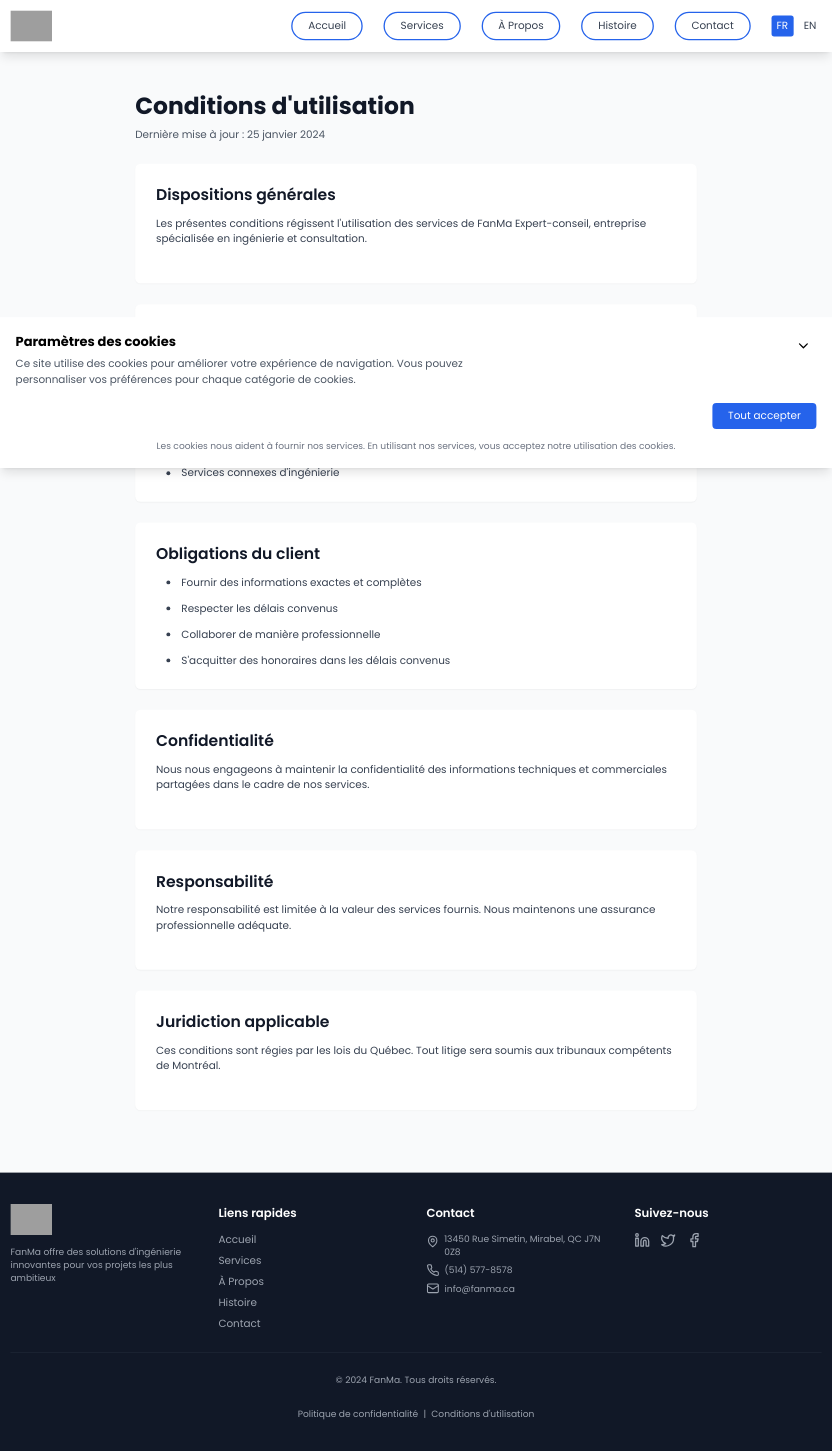
Repository: yannick930424/fanma-website
Page: /legal/terms
These files come from the project's save history. The page is drawn as it stood at one moment and after the next save; the edit follows.
The browser window is 1280 px wide. The pictures show the whole page, at 65% of full size.
Pictures or frames that could not be fetched are drawn as grey boxes. The page's requests for data from a server got no answer. The project was rebuilt for these pictures with package versions that can differ from the ones it lists, and the page was loaded fresh each time. No one was signed in, and anything a server would have sent is missing. Also part of the build but not shown: vite.config.ts, src/pages/services/CFD1Analysis.tsx, src/pages/services/CFD2Analysis.tsx, src/pages/legal/PrivacyPolicy.tsx, src/components/common/LoadingSpinner.tsx.

Above is the page before, as saved 2025-01-25 11:26:37.

After the next save:
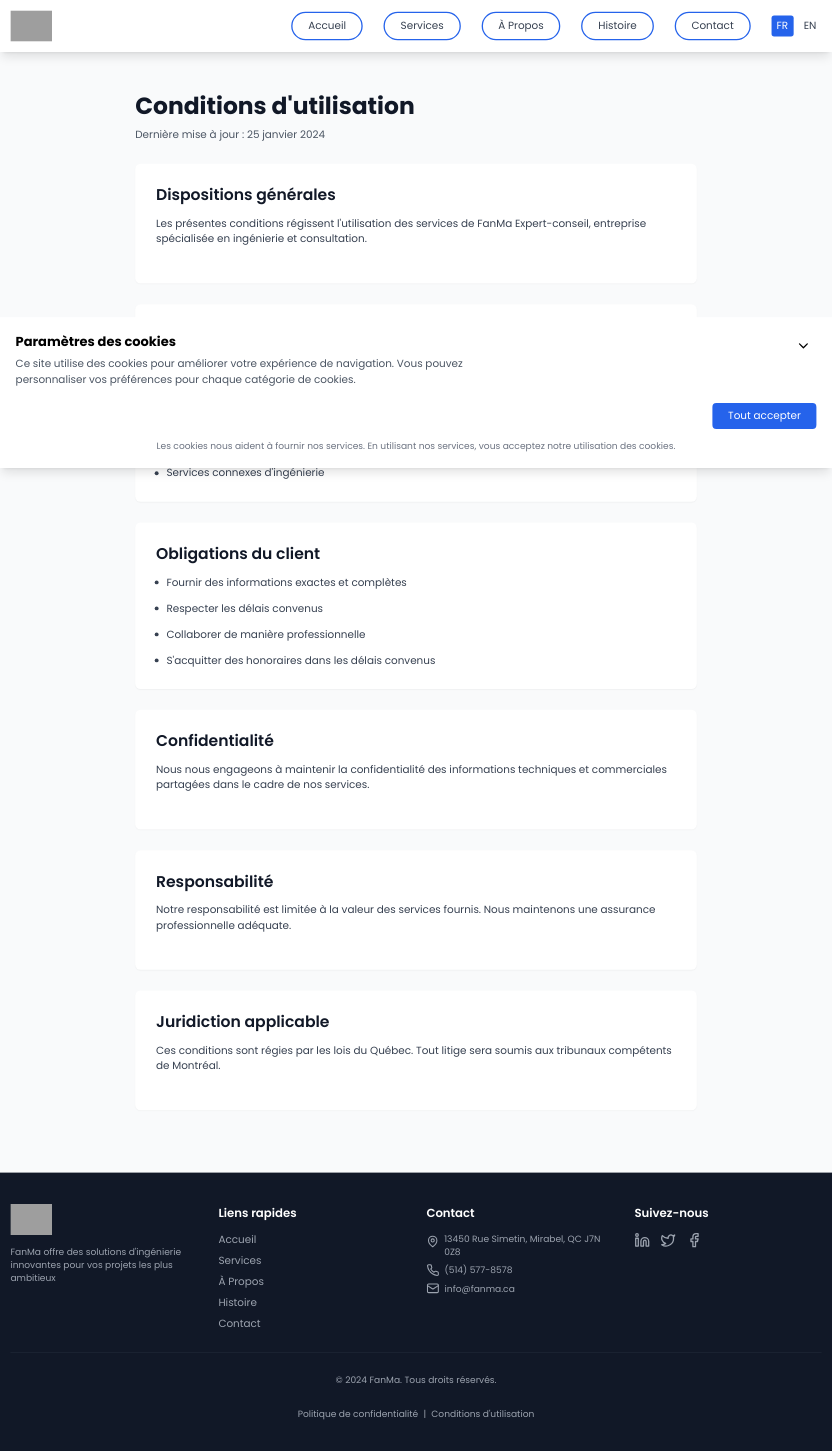
Saved 71 s later.
--- a/src/pages/legal/TermsOfUse.tsx
+++ b/src/pages/legal/TermsOfUse.tsx
@@ -1,23 +1,23 @@
 import React from 'react';
 import { useLanguage } from '../../hooks/useLanguage';
 import { translations } from '../../i18n/translations';
-import type { LegalItem } from '../../types/legal';
-
-const renderItem = (item: LegalItem) => {
-  if (typeof item === 'string') {
-    return <li className="text-gray-700">{item}</li>;
-  }
-  return (
-    <div className="bg-gray-50 p-4 rounded">
-      <h3 className="font-medium text-gray-900 mb-2">{item.title}</h3>
-      <p className="text-gray-700">{item.content}</p>
-    </div>
-  );
-};
+import type { DataItem, Section } from '../../types/legal';
 
 export default function TermsOfUse() {
   const { language } = useLanguage();
   const { terms } = translations[language];
+
+  const hasContent = (section: Section): section is (Section & { content: string }) => {
+    return 'content' in section;
+  };
+
+  const hasItems = (section: Section): section is (Section & { items: Array<string | DataItem> }) => {
+    return 'items' in section;
+  };
+
+  const isDataItem = (item: string | DataItem): item is DataItem => {
+    return typeof item === 'object' && 'title' in item;
+  };
 
   return (
     <div className="py-16 bg-gray-50">
@@ -33,18 +33,23 @@ export default function TermsOfUse() {
               {section.title}
             </h2>
 
-            {section.content && (
+            {hasContent(section) && (
               <p className="text-gray-700 mb-6">{section.content}</p>
             )}
 
-            {section.items && (
-              <ul className={`space-y-4 ${
-                typeof section.items[0] === 'string' ? 'list-disc list-inside pl-4' : ''
-              }`}>
+            {hasItems(section) && (
+              <ul className="space-y-4">
                 {section.items.map((item, index) => (
-                  <React.Fragment key={index}>
-                    {renderItem(item)}
-                  </React.Fragment>
+                  <li key={index} className={isDataItem(item) ? 'bg-gray-50 p-4 rounded list-none' : 'list-disc ml-4 text-gray-700'}>
+                    {isDataItem(item) ? (
+                      <>
+                        <h3 className="font-medium text-gray-900 mb-2">{item.title}</h3>
+                        <p className="text-gray-700">{item.content}</p>
+                      </>
+                    ) : (
+                      item
+                    )}
+                  </li>
                 ))}
               </ul>
             )}
